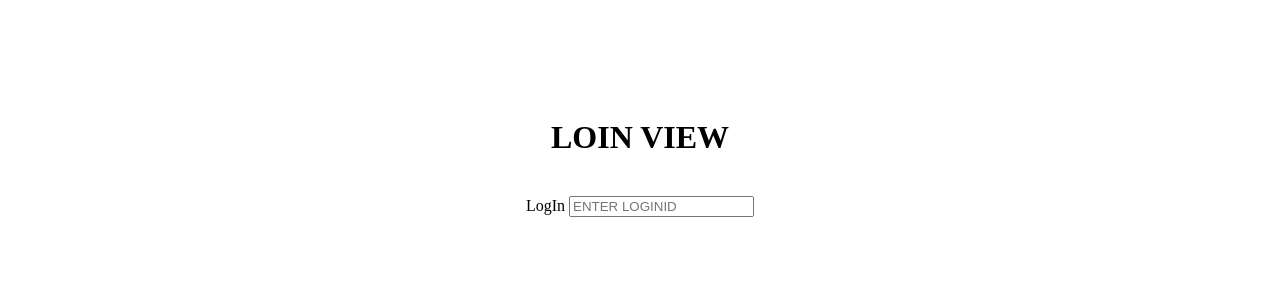
Repository: paras7974/project03practical
Page: http://localhost/proj003/LoginView.jsp
These files come from the project's save history. The page is drawn as it stood at one moment and after the next save; the edit follows.
The browser window is 1280 px wide. The pictures show the whole page.
The page is served by Tomcat 9.

Above is the page before, as saved 2023-11-29 10:22:22.

After the next save:
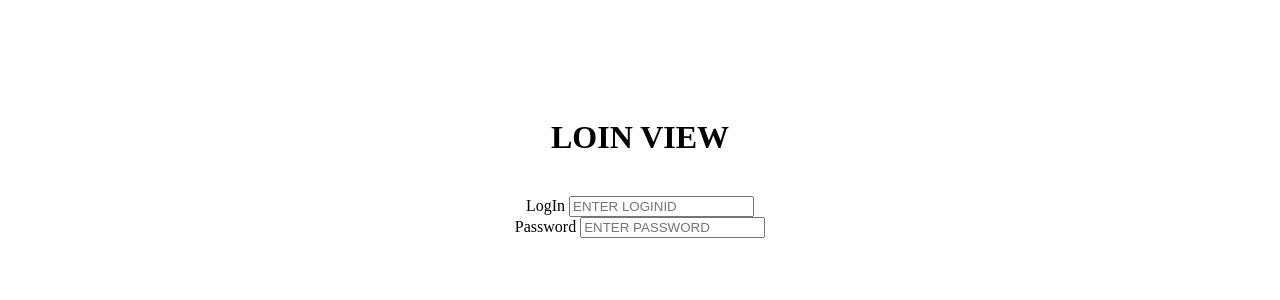
Saved 4 min 14 s later.
--- a/project3prac/proj003/src/main/webapp/LoginView.jsp
+++ b/project3prac/proj003/src/main/webapp/LoginView.jsp
@@ -19,6 +19,12 @@
            <input type="text" name = "login" placeholder="ENTER LOGINID">
        </div>
 
+        <div>
+          <label>Password</label>
+          <input type="text" name = "password" placeholder="ENTER PASSWORD">
+
+        </div>
+
 
 
    </table>
